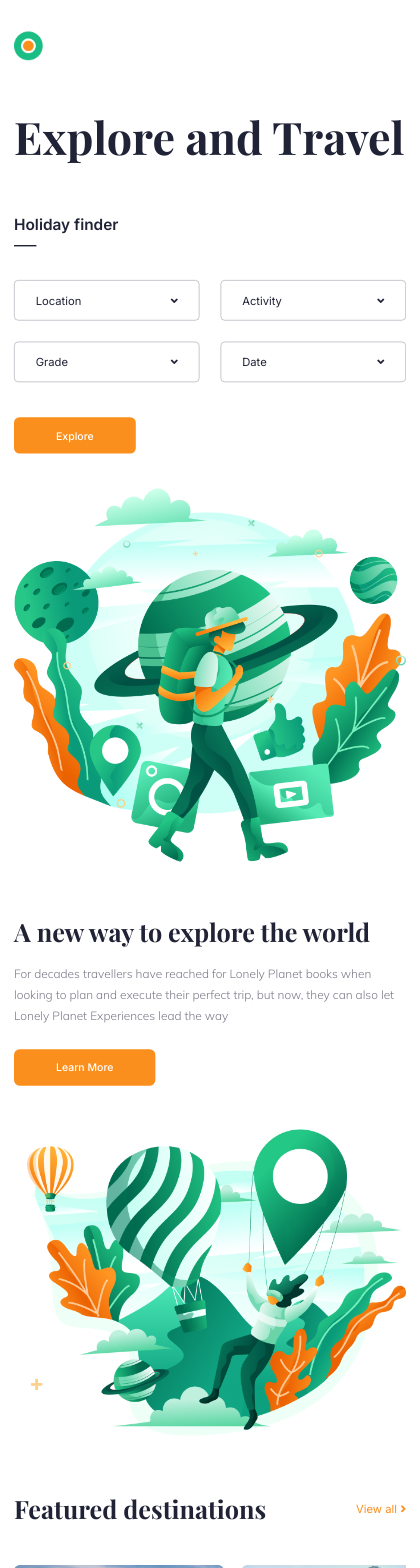
Repository: long5122000/sunny
Page: index.html
The author's editor kept a copy of each file at every save. The page is drawn from the files as they stood at one save, then again after the next save.
The browser window is 600 px wide. The pictures show the part of the page from y = 0 to 2240 px (the page is 5146 px tall before and 5095 px after), at 70% of full size.
The style sheet was rebuilt from its Sass, Less or Tailwind sources for each picture, by a compiler version that may differ from the author's.

Above is the page before, as saved 2021-11-25 21:03:55.

After the next save:
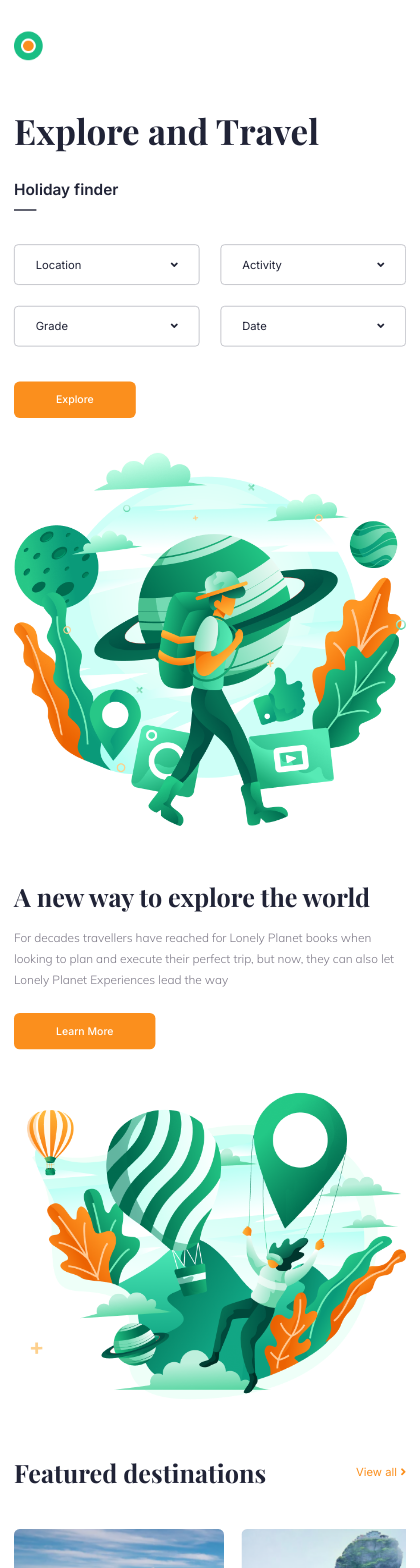
Saved 94 s later.
--- a/sass/_hero.scss
+++ b/sass/_hero.scss
@@ -56,4 +56,10 @@
       gap: 50px 0;
     }
   }
+  @media screen and (max-width: 767px) {
+    &-heading {
+      font-size: 50px;
+      margin-bottom: 40px;
+    }
+  }
 }
